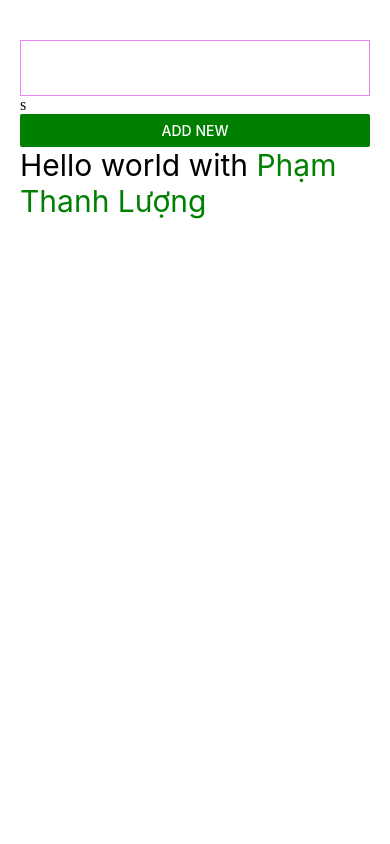
Repository: LuongPTCE181311/React-Native-Ultimate
Screen: /
These files come from the project's save history. The screen is drawn as it stood at one moment and after the next save; the edit follows.
The app was drawn by React Native's web renderer in a window 390 px wide. The project was rebuilt for these pictures with package versions that can differ from the ones it lists, and the page was loaded fresh each time. Some packages were replaced by stand-ins written for this rebuild.

Above is the screen before, as saved 2026-05-30 15:58:55.

### App.tsx
import { StatusBar } from 'expo-status-bar';
import { useState } from 'react';
import { Button, StyleSheet, Text, TextInput, View } from 'react-native';



export default function App() {

  const [name, setName] = useState<string>("");

  const [person, setPerson] = useState<{
    name: string;
    age: number;
  }>({
    name: "hoi dan it",
    age: 32
  })
  return (
    <View style={styles.container}>
      <View>
        <TextInput
         keyboardType='ascii-capable'
         multiline={true}
         onChangeText={value => setName(value)}
         value={name}
         style={styles.borderInput}/>
        <Text style={styles.text} >{name}</Text>s
      </View>

      <Button title='Add new' color={"green"}/>

      <Text style={styles.text2}>Hello world with
        <Text style={styles.greenColor}> Phạm Thanh Lượng</Text>
      </Text>
    </View>
  );
}

const styles = StyleSheet.create({
  greenColor: {
    color: "green"
  },
  text: {
    fontSize: 30,
    color: "red"
  },
  text2: {
    fontSize: 30
  },
  container: {
    flex: 1,
    backgroundColor: '#fff',
    // alignItems: 'center',
    // justifyContent: 'center'
    paddingHorizontal: 20,
    paddingTop: 40,
  },
  borderInput: {
    borderColor: "violet",
    borderWidth: 1,
    padding: 10
  }
});

Loaded but not shown: index.ts (common file)

After the next save:
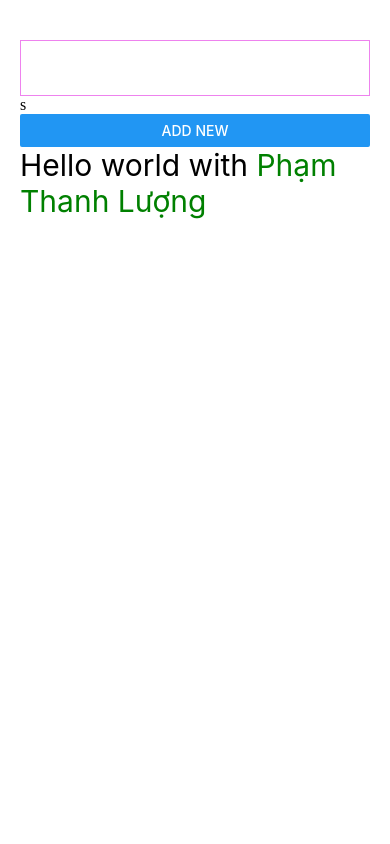
Saved 15 days later.
--- a/App.tsx
+++ b/App.tsx
@@ -27,7 +27,7 @@
         <Text style={styles.text} >{name}</Text>s
       </View>
 
-      <Button title='Add new' color={"green"}/>
+      <Button title='Add new' />
 
       <Text style={styles.text2}>Hello world with
         <Text style={styles.greenColor}> Phạm Thanh Lượng</Text>

After the save that followed:
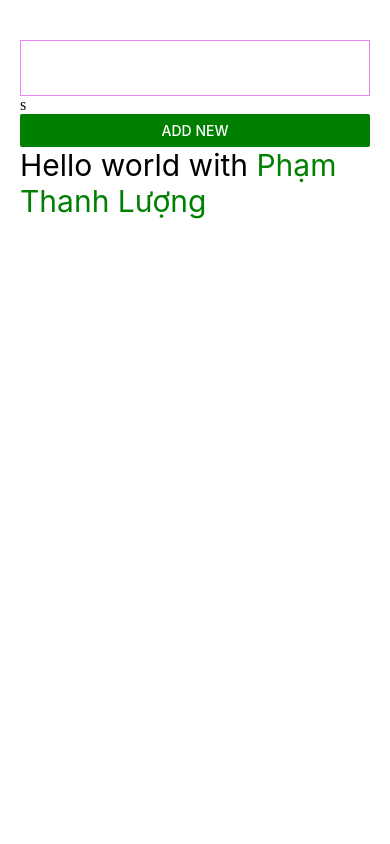
Saved 21 s later.
--- a/App.tsx
+++ b/App.tsx
@@ -27,7 +27,7 @@
         <Text style={styles.text} >{name}</Text>s
       </View>
 
-      <Button title='Add new' />
+      <Button title='Add new' color={"green"}/>
 
       <Text style={styles.text2}>Hello world with
         <Text style={styles.greenColor}> Phạm Thanh Lượng</Text>
